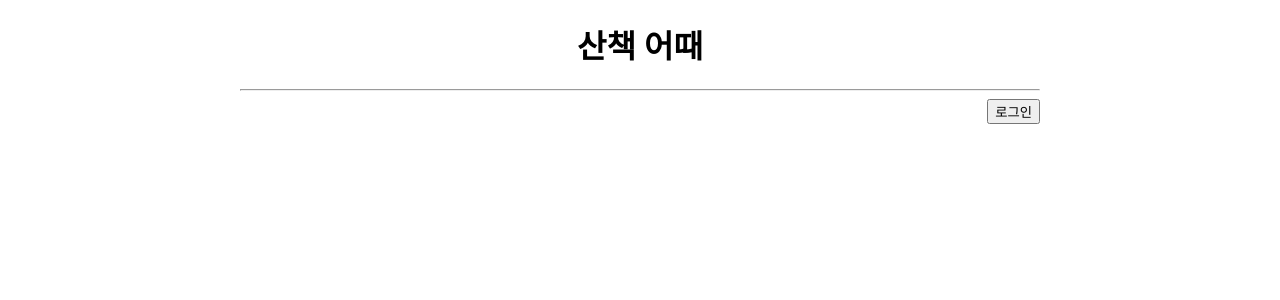
Repository: to-flatwhite1/JSP
Page: http://localhost/JSP/
The author's editor kept a copy of each file at every save. The page is drawn from the files as they stood at one save, then again after the next save.
The browser window is 1280 px wide. The pictures show the whole page.
The page is served by Tomcat 9.

Above is the page before, as saved 2024-05-17 09:11:04.

After the next save:
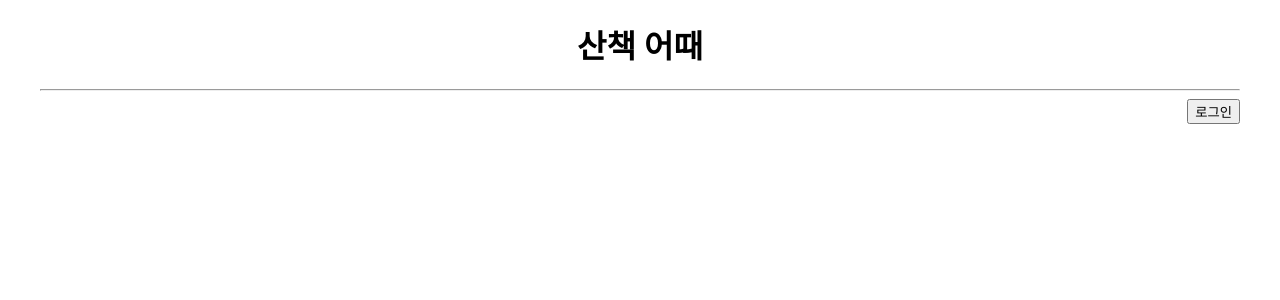
Saved 18 s later.
--- a/portfolio-master/JSP/src/main/webapp/index.jsp
+++ b/portfolio-master/JSP/src/main/webapp/index.jsp
@@ -7,7 +7,7 @@
 		<title>산책어때</title>
 		<style>
 		#wrap{
-			width:800px;
+			width:1200px;
 			margin:0 auto;
 		}
 		#logo{
